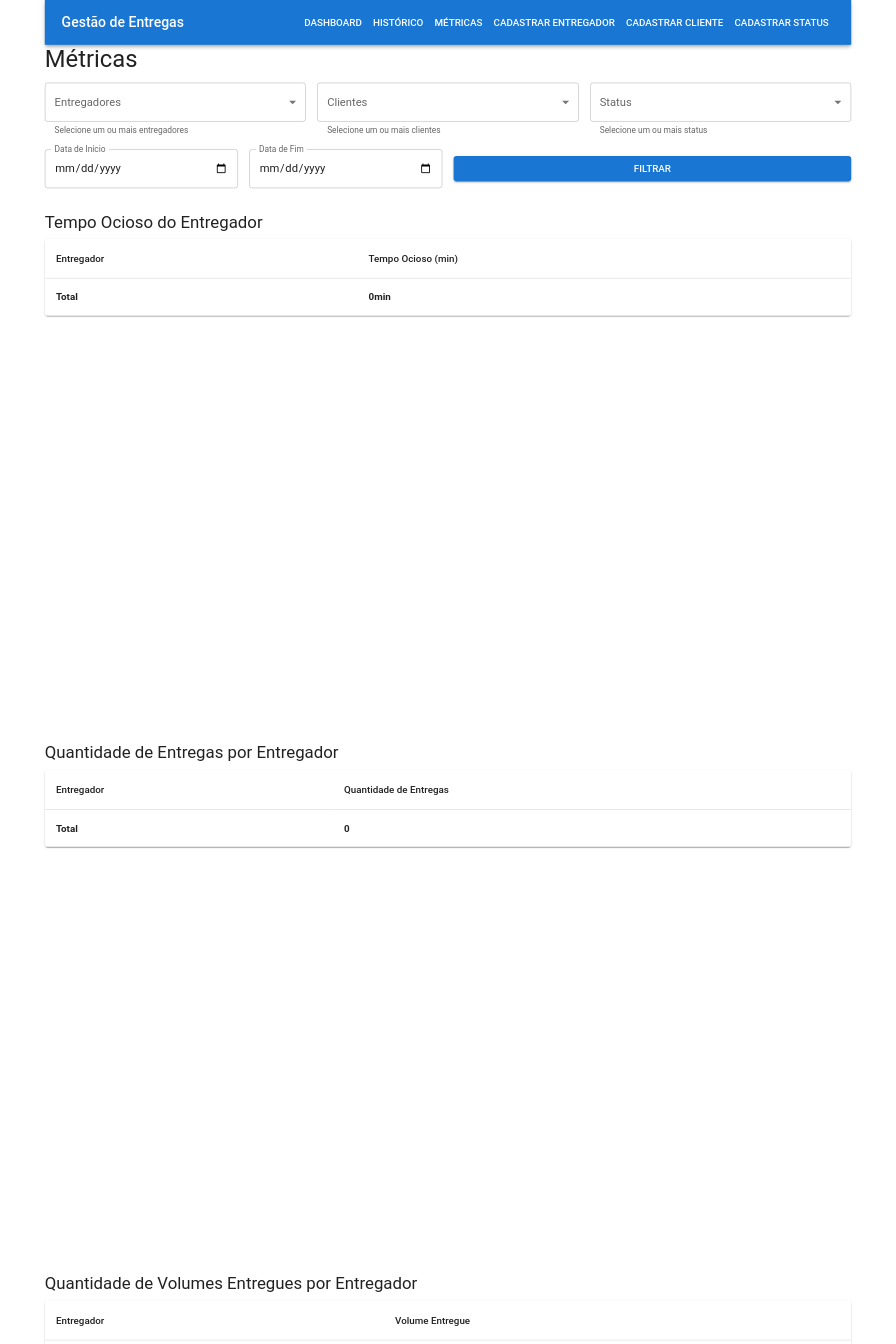
Repository: feliperanon/mobilegestao
Page: /metrics (app in frontend/)
These files come from the project's save history. The page is drawn as it stood at one moment and after the next save; the edit follows.
The browser window is 1280 px wide. The pictures show the part of the page from y = 0 to 1920 px (the page is 6368 px tall), at 70% of full size.
The page's requests for data from a server got no answer. The project was rebuilt for these pictures with package versions that can differ from the ones it lists, and the page was loaded fresh each time. No one was signed in, and anything a server would have sent is missing. Also part of the build but not shown: frontend/webpack.config.js, frontend/src/pages/Home.js, frontend/src/pages/History.js, frontend/src/pages/Analysis.js, frontend/src/components/Dashboard.js, frontend/src/components/Login.js, frontend/src/components/Register.js, frontend/src/components/AddEntregador.js and 2 more.

Above is the page before, as saved 2024-07-20 20:13:48.

After the next save:
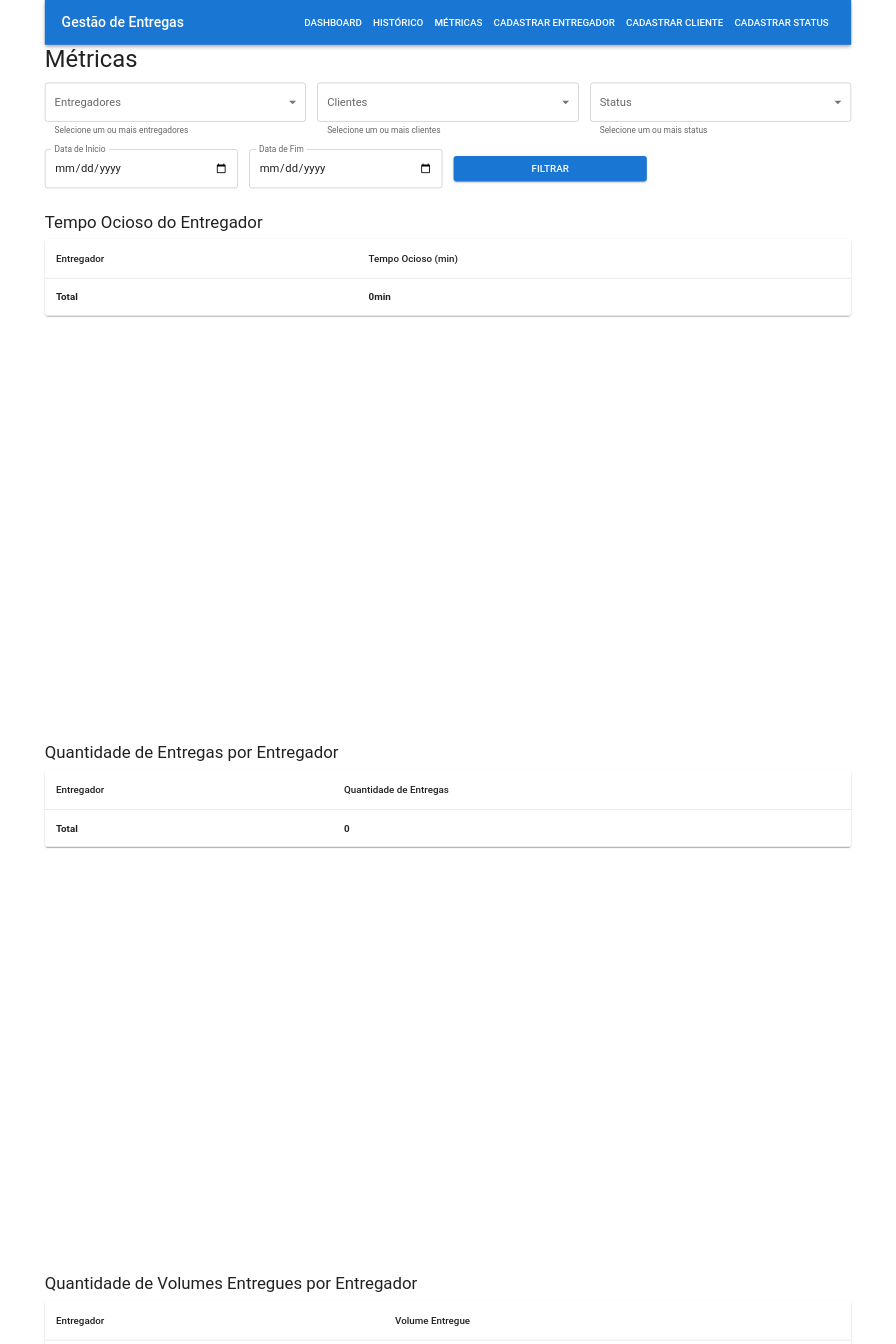
Saved 13 s later.
--- a/frontend/src/components/Metrics.js
+++ b/frontend/src/components/Metrics.js
@@ -203,7 +203,7 @@ const Metrics = () => {
               fullWidth
             />
           </Grid>
-          <Grid item xs={8} md={6}>
+          <Grid item xs={8} md={3}>
             <Button type="submit" variant="contained" color="primary" fullWidth>
               Filtrar
             </Button>
